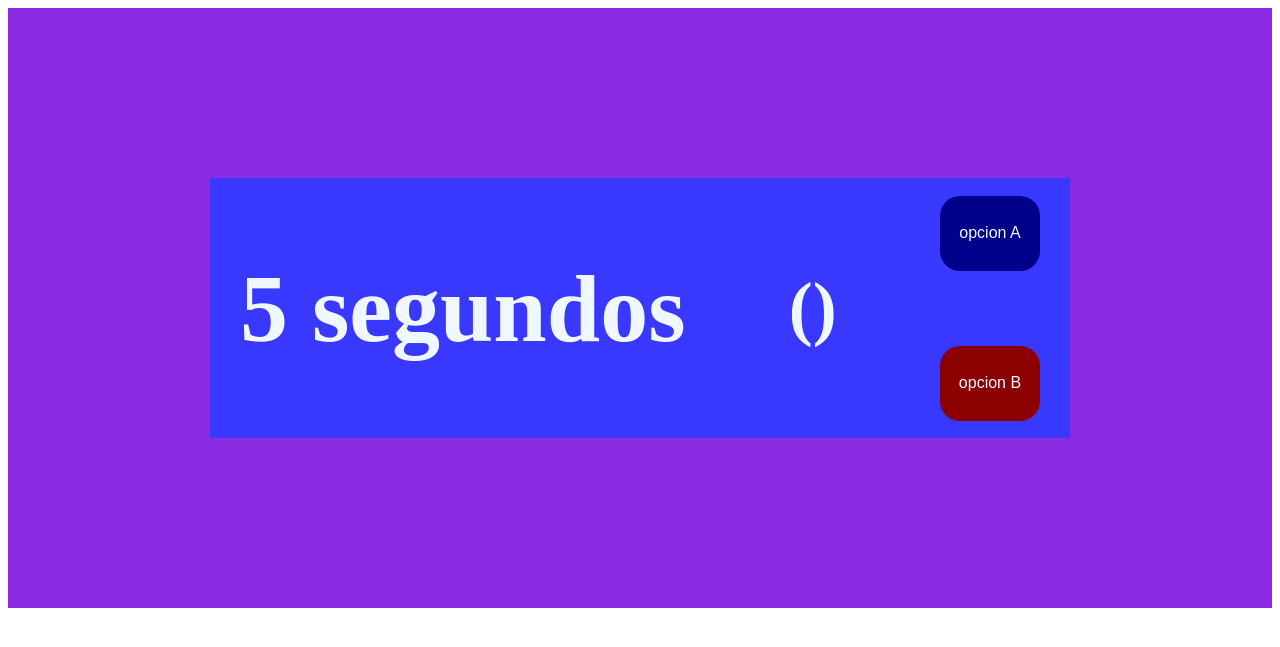
Repository: eschala/Proyecto_Clonaci-n_Kahoot_2023-2
Page: Borrador_Samir_Kahoot_NEW/Prueaba_Validar.html
An editor plug-in stored every save of this project. The page is shown before and after the next save, followed by the edit.
The browser window is 1280 px wide. The pictures show the whole page.

Above is the page before, as saved 2023-11-29 13:28:19.

### Borrador_Samir_Kahoot_NEW/Prueaba_Validar.html
<!DOCTYPE html>
<html lang="en">

<head>
    <meta charset="UTF-8">
    <meta name="viewport" content="width=device-width, initial-scale=1.0">
    <title>Document</title>
    <style>

    </style>
    <link rel="stylesheet" href="stylePrueba.css">

</head>

<body>
    <div class="container">

        <div class="sectionContainer">

            <h1 class="tituloClass">
                pregunta
            </h1>
            <h2 class="aviso">
                ()
            </h2>

            <div class="section_Buttons">
                <div class="btn_content"><button type="button" class="btn_1 botones">opcion A</button></div>
                <div class="btn_content"><button type="button" class="btn_2 botones">opcion B</button></div>

            </div>


        </div>

    </div>

    <script src="respuesta_VALIDAR.js"></script>
</body>

</html>

### Borrador_Samir_Kahoot_NEW/stylePrueba.css
.container {

    width: 100%;
    height: 600px;
    background-color: blueviolet;

    display: flex;
    flex-direction: column;

    align-items: center;
    justify-content: center;

}

.sectionContainer {

    height: 200px;
    width: 800px;

    background-color: rgb(56, 56, 255);

    display: flex;
    justify-content: space-between;
    align-items: center;
    color: aliceblue;

    font-size: 3rem;
    padding: 30px;
}

.sub_Container_2 {

    height: 200px;
    width: 800px;

    background-color: red;

    display: flex;

}

.btn_content {
    height: 150px;
    width: 100px;
    display: flex;

    align-items: center;
    justify-content: center;

    cursor: pointer;
}

.btn_1 {
    width: 100%;
    height: 50%;

    background-color:darkblue;
}

.btn_2 {
    width: 100%;
    height: 50%;

    background-color:darkred;
}

.botones:hover{

    opacity: 50%;
    cursor: pointer;
}

.botones{


    color:aliceblue;
    font-size: 1rem;
    cursor: pointer;

    border-radius: 20px;
    border: 0px;
}

### Borrador_Samir_Kahoot_NEW/respuesta_VALIDAR.js
const container_E=document.querySelector(".container");
const sectionContainer_E=document.querySelector(".sectionContainer");
const sub_Container_2_E=document.querySelector(".sub_Container_2");
const btn_1_E=document.querySelector(".btn_1");
const btn_2_E=document.querySelector(".btn_2");
const h2_E=document.querySelector(".aviso");
const tituloClass_E=document.querySelector(".tituloClass");

/* const container_element=".container";
const sectionContainer_element=".sectionContainer";
const sub_Container_2_element=".sub_Container_2";
const btn_1_element=".btn_1";
const btn_2_element=".btn_2";
const h2_element=".aviso";
const tituloClass_element=".tituloClass";

container_element=document.querySelector(container_element);
sectionContainer_element=document.querySelector(sectionContainer_element);
sub_Container_2_element=document.querySelector(sub_Container_2_element);
btn_1_element=document.querySelector(btn_1_element);
btn_2_element=document.querySelector(btn_2_element);
h2_element=document.querySelector(h2_element);
tituloClass_element=document.querySelector(tituloClass_element);
 */
   let contar=0;
let segundos =1;
const intervalo= segundos*1000;



var funcionPrueba=()=>{
    contar++;

    tituloClass_E.innerHTML=contar+ " segundos";

    if(contar==10){
        clearInterval(tiempoFuera);

    }
}


const tiempoFuera = setInterval(funcionPrueba,intervalo);

After the next save:
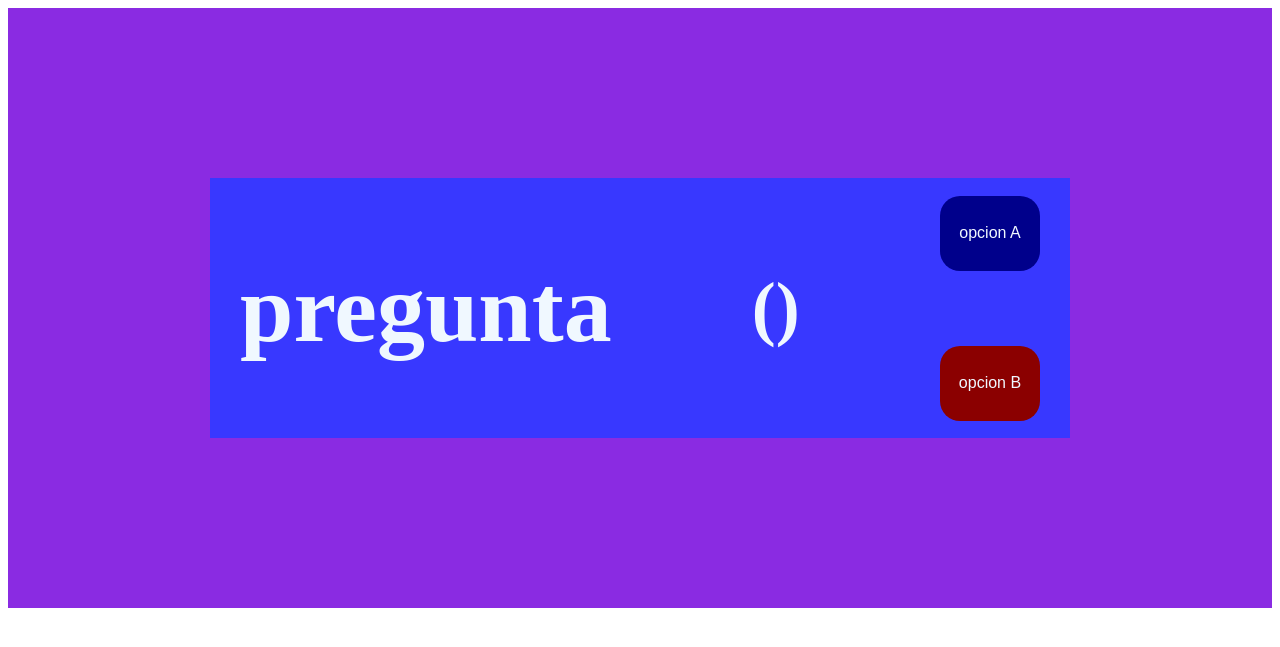
Console error: SyntaxError: Identifier 'tiempoFuera' has already been declared
Saved 28 s later.
--- a/Borrador_Samir_Kahoot_NEW/respuesta_VALIDAR.js
+++ b/Borrador_Samir_Kahoot_NEW/respuesta_VALIDAR.js
@@ -41,3 +41,4 @@ var funcionPrueba=()=>{
 
 
 const tiempoFuera = setInterval(funcionPrueba,intervalo);
+const tiempoFuera = setInterval(funcionPrueba,intervalo);

After the 2 saves that followed:
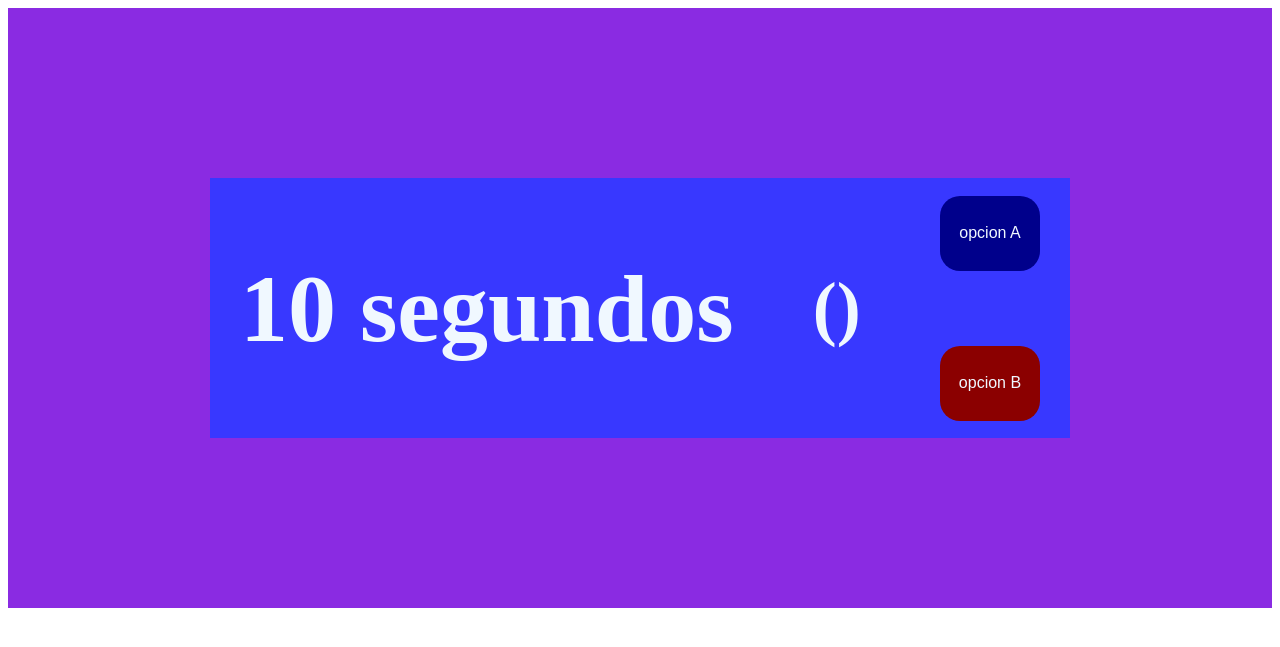
The error is gone.
The 2 saves are shown as one change because they came seconds apart.
The last was saved 35 s later.
--- a/Borrador_Samir_Kahoot_NEW/respuesta_VALIDAR.js
+++ b/Borrador_Samir_Kahoot_NEW/respuesta_VALIDAR.js
@@ -41,4 +41,4 @@ var funcionPrueba=()=>{
 
 
 const tiempoFuera = setInterval(funcionPrueba,intervalo);
-const tiempoFuera = setInterval(funcionPrueba,intervalo);
+const timeRunning = setInterval(funcionPrueba,intervalo);
